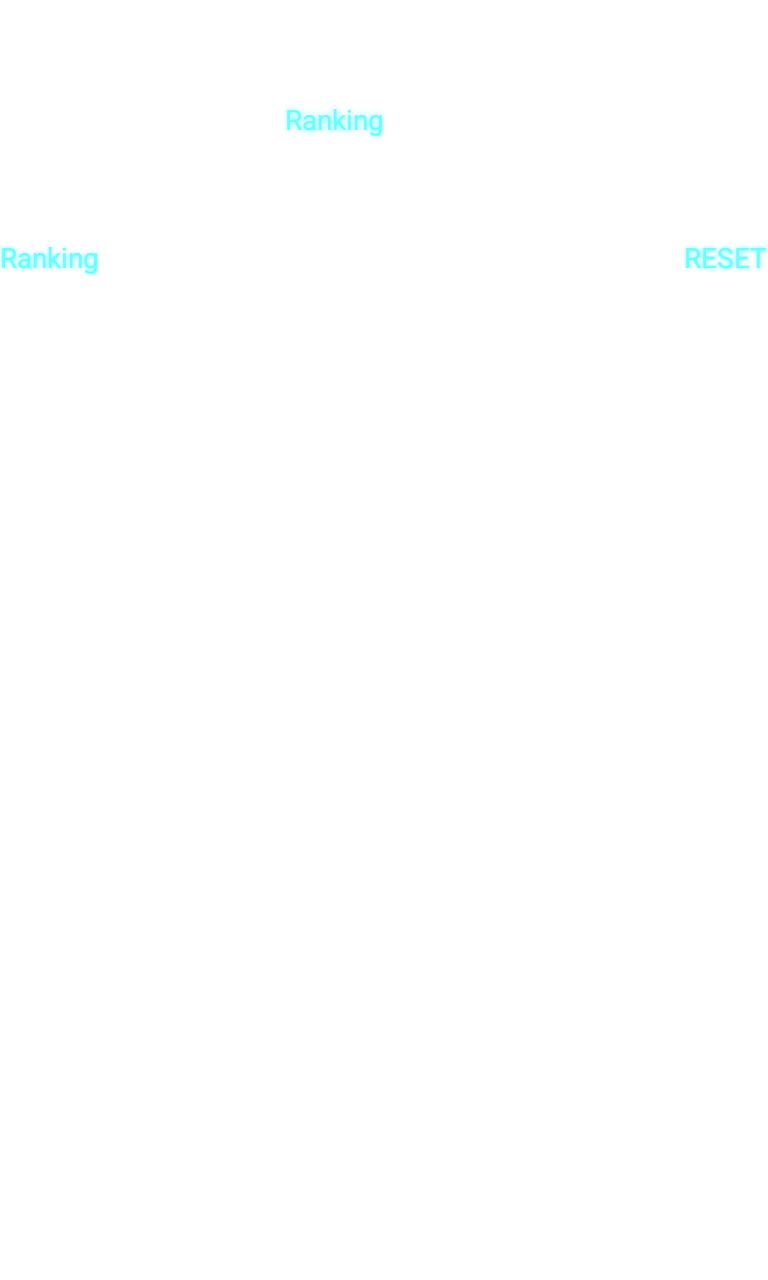
Repository: zwycid/dimension-drive-downside
Layout: lk/gameUIDesign/res/layout/ranking.xml
An editor plug-in stored every save of this project. The layout is shown before and after the next save, followed by the edit.
It is drawn on a 768 x 1280 px phone screen (xhdpi) without system bars, with theme AppTheme; the app's code is not run. Lists and similar views that code fills are empty.

Above is the layout before, as saved 2012-07-11 04:31:27.

### lk/gameUIDesign/res/layout/ranking.xml
<?xml version="1.0" encoding="utf-8"?>
<RelativeLayout xmlns:android="http://schemas.android.com/apk/res/android"
    android:layout_width="match_parent"
    android:layout_height="match_parent" >

    <TextView
        android:id="@+id/blankView1"
        style="@style/blankView"
        android:layout_alignParentTop="true"
        android:layout_centerHorizontal="true" />

    <TextView
        android:id="@+id/textViewTitleRanking"
        style="@style/TitleText"
        android:layout_alignRight="@+id/blankView1"
        android:layout_below="@+id/blankView1"
        android:text="@string/Ranking" />

    <TextView
        android:id="@+id/blankView2"
        style="@style/blankView"
        android:layout_alignLeft="@+id/textViewTitleRanking"
        android:layout_below="@+id/textViewTitleRanking" />

    <TextView
        android:id="@+id/textViewButtonSwap"
        style="@style/ButtonText"
        android:layout_alignParentLeft="true"
        android:layout_below="@+id/blankView2"
        android:text="@string/Ranking" />

    <TextView
        android:id="@+id/textViewButtonReset"
        style="@style/ButtonText"
        android:layout_alignParentRight="true"
        android:layout_below="@+id/blankView2"
        android:text="@string/reset" />

    <ViewFlipper
        android:id="@+id/viewFlipper"
        android:layout_width="wrap_content"
        android:layout_height="wrap_content"
        android:layout_below="@+id/textViewButtonSwap"
        android:layout_centerHorizontal="true" >

        <ListView
            android:id="@+id/listViewTotalRanking"
            android:layout_width="match_parent"
            android:layout_height="wrap_content" >
        </ListView>

        <ListView
            android:id="@+id/listViewStageRanking"
            android:layout_width="match_parent"
            android:layout_height="wrap_content" >
        </ListView>
    </ViewFlipper>

</RelativeLayout>

### lk/gameUIDesign/res/values/styles.xml
<resources xmlns:android="http://schemas.android.com/apk/res/android">

    <style name="AppTheme" parent="android:Theme.Light" />

    <style name="TitleText">
        <item name="android:layout_width">wrap_content</item>
        <item name="android:layout_height">wrap_content</item>
        <item name="android:layout_gravity">center_horizontal</item>
        <item name="android:textColor">#66ffff</item>
        <item name="android:shadowColor">#66ffff</item>
        <item name="android:shadowDx">0.0</item>
        <item name="android:shadowRadius">5</item>
        <item name="android:shadowDy">0.0</item>
    </style>

    <style name="ButtonText">
        <item name="android:layout_width">wrap_content</item>
        <item name="android:layout_height">wrap_content</item>
        <item name="android:layout_gravity">center_horizontal</item>
        <item name="android:textColor">#66ffff</item>
        <item name="android:shadowColor">#66ffff</item>
        <item name="android:shadowDx">0.0</item>
        <item name="android:shadowRadius">3</item>
        <item name="android:shadowDy">0.0</item>
    </style>

    <style name="PlainText">
        <item name="android:layout_width">wrap_content</item>
        <item name="android:layout_height">wrap_content</item>
        <item name="android:layout_gravity">center_horizontal</item>
        <item name="android:textColor">#66ffff</item>
        <item name="android:shadowColor">#66ffff</item>
        <item name="android:shadowDx">0.0</item>
        <item name="android:shadowRadius">1</item>
        <item name="android:shadowDy">0.0</item>
    </style>
    <style name="blankView">
        <item name="android:id">@+id/view2"</item>
        <item name="android:layout_width">wrap_content</item>
        <item name="android:layout_height">50dp</item>
        <item name="android:visibility">invisible</item>
    </style>

</resources>

### lk/gameUIDesign/res/values/strings.xml
<resources>

    <string name="app_name">ITProject-gameUIDesign</string>
    <string name="menu_settings">Settings</string>
    <string name="title_activity_main">gameUIDesign</string>
    <string name="gameTitle">Sailing Text</string>
    <string name="Startgame">Start Game</string>
    <string name="Ranking">Ranking</string>
    <string name="Option">Option</string>
    <string name="TotalRanking">Total Ranking</string>
    <string name="StageRanking">Stage Ranking</string>
    <string name="reset">RESET</string>

</resources>

After the next save:
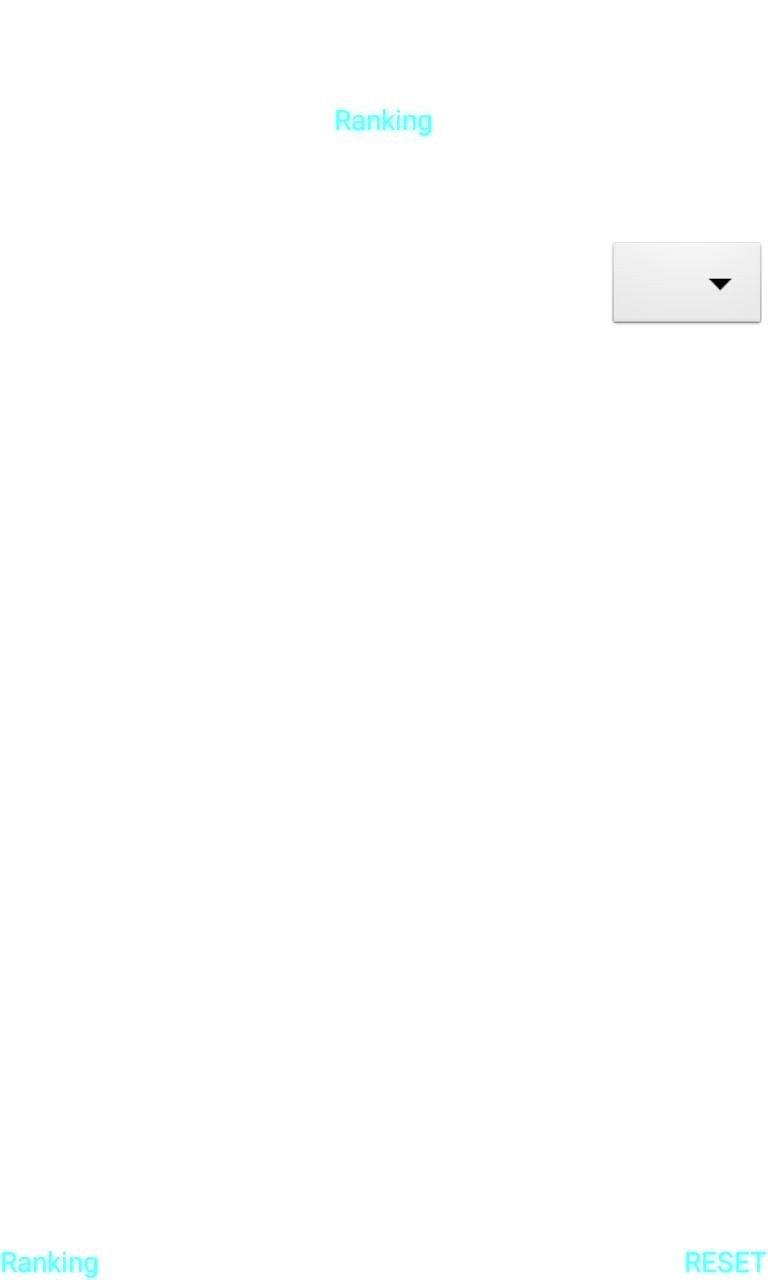
Saved 14 min 36 s later.
--- a/lk/gameUIDesign/res/layout/ranking.xml
+++ b/lk/gameUIDesign/res/layout/ranking.xml
@@ -12,8 +12,8 @@
     <TextView
         android:id="@+id/textViewTitleRanking"
         style="@style/TitleText"
-        android:layout_alignRight="@+id/blankView1"
         android:layout_below="@+id/blankView1"
+        android:layout_centerHorizontal="true"
         android:text="@string/Ranking" />
 
     <TextView
@@ -25,35 +25,23 @@
     <TextView
         android:id="@+id/textViewButtonSwap"
         style="@style/ButtonText"
+        android:layout_alignParentBottom="true"
         android:layout_alignParentLeft="true"
-        android:layout_below="@+id/blankView2"
         android:text="@string/Ranking" />
 
     <TextView
         android:id="@+id/textViewButtonReset"
         style="@style/ButtonText"
+        android:layout_alignParentBottom="true"
+        android:layout_alignParentRight="true"
+        android:text="@string/reset" />
+
+    <Spinner
+        android:id="@+id/spinnerStage"
+        android:layout_width="wrap_content"
+        android:layout_height="wrap_content"
         android:layout_alignParentRight="true"
         android:layout_below="@+id/blankView2"
-        android:text="@string/reset" />
-
-    <ViewFlipper
-        android:id="@+id/viewFlipper"
-        android:layout_width="wrap_content"
-        android:layout_height="wrap_content"
-        android:layout_below="@+id/textViewButtonSwap"
-        android:layout_centerHorizontal="true" >
-
-        <ListView
-            android:id="@+id/listViewTotalRanking"
-            android:layout_width="match_parent"
-            android:layout_height="wrap_content" >
-        </ListView>
-
-        <ListView
-            android:id="@+id/listViewStageRanking"
-            android:layout_width="match_parent"
-            android:layout_height="wrap_content" >
-        </ListView>
-    </ViewFlipper>
+        android:prompt="STAGE"/>
 
 </RelativeLayout>
